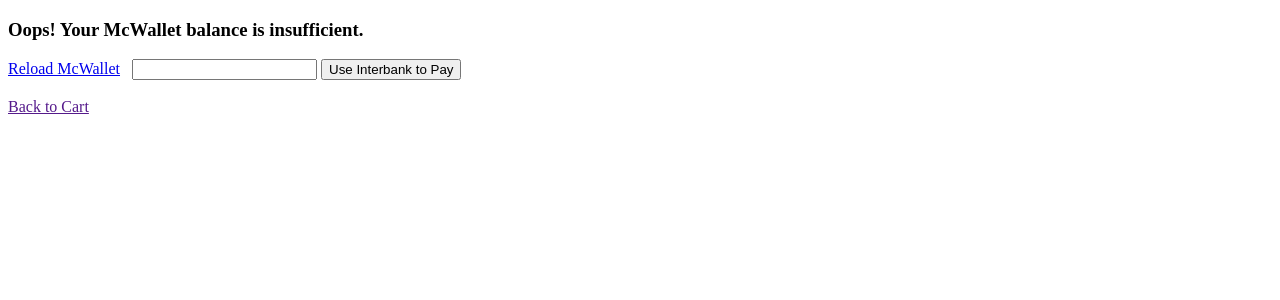
Repository: Jeck97/Mcdonald-Delivery-System
Page: McDelivery/WebContent/placeOrder/insufficientBalancePage.html
The author's editor kept a copy of each file at every save. The page is drawn from the files as they stood at one save, then again after the next save.
The browser window is 1280 px wide. The pictures show the whole page.

Above is the page before, as saved 2020-07-11 16:26:00.

After the next save:
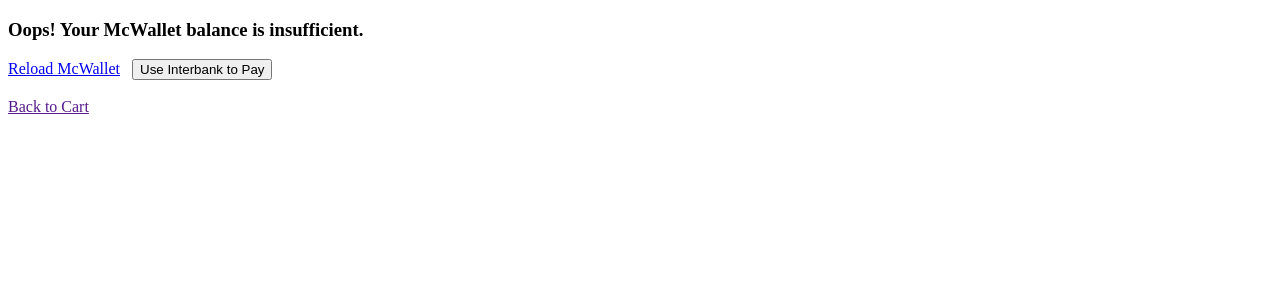
Saved 7 s later.
--- a/McDelivery/WebContent/placeOrder/insufficientBalancePage.html
+++ b/McDelivery/WebContent/placeOrder/insufficientBalancePage.html
@@ -10,7 +10,6 @@
 
 	<form id="switch_method" action="paymentServlet" method="post"></form>
 	<a href="../reloadMcWallet/reloadForm.jsp">Reload McWallet</a> &nbsp;
-	<input type="url">
 	<a><input type="submit" value="Use Interbank to Pay"></a><br><br>
 	<a href="">Back to Cart</a>
 
